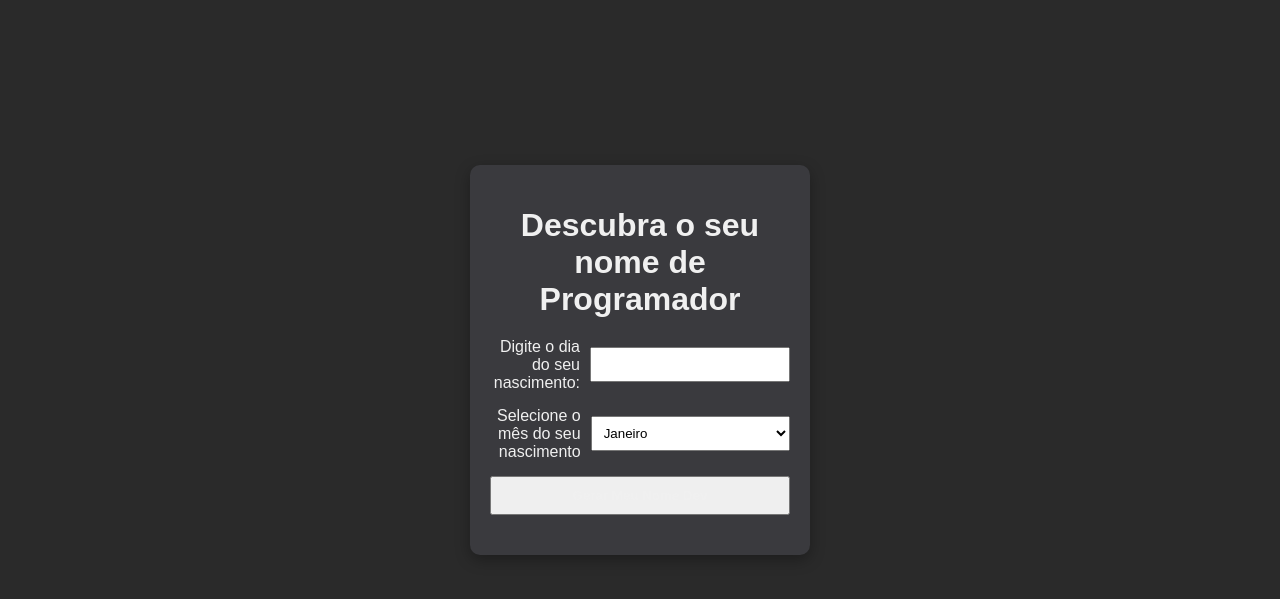
Repository: analessp/seu-nome-dev
Page: index.html
An editor plug-in stored every save of this project. The page is shown before and after the next save, followed by the edit.
The browser window is 1280 px wide. The pictures show the whole page.

Above is the page before, as saved 2025-05-13 11:33:25.

### index.html
<!DOCTYPE html>
<html lang="pt-BR">
<head>
    <meta charset="UTF-8">
    <meta name="viewport" content="width=device-width, initial-scale=1.0">
    <title>Seu Nome Dev</title>
    <link rel="stylesheet" href="styles.css">
</head>
<body>
    <div class="container">
        <h1>Descubra o seu nome de Programador</h1>
        <div class="form-group">
            <label for="dia">Digite o dia do seu nascimento:</label>
            <input type="number" id="dia" min="1" max="31">
        </div>
        <div class="form-group">
            <label for="mes">Selecione o mês do seu nascimento</label>
            <select id="mes">
                <option value="1">Janeiro</option>
                <option value="2">Fevereiro</option>
                <option value="3">Março</option>
                <option value="4">Abril</option>
                <option value="5">Maio</option>
                <option value="6">Junho</option>
                <option value="7">Julho</option>
                <option value="8">Agosto</option>
                <option value="9">Setembro</option>
                <option value="10">Outubro</option>
                <option value="11">Novembro</option>
                <option value="12">Dezembro</option>
            </select>
        </div>
        <button onclick="gerarNomeDev()">Gerar Meu Nome Dev</button>
        <div class="resultado" id="resultado"></div>
    </div>
    <script src="app.js"></script>
</body>
</html>

### styles.css
body {
    background-color: #2a2a2a;
    color: #f0f0f0;
    font-family: "Nunito", sans-serif;
    display: flex;
    justify-content: center;
    align-items: center;
    height: 100vh;
    margin: 0;
}

.container {
    background-color: #3a3a3e;
    padding: 20px;
    border-radius: 10px;
    box-shadow: 0px 5px 15px rgba(0, 0, 0, 0.3);
    width: 300px;
}

h1 {
    text-align: center;
    margin-bottom: 20px;
}

.form-group {
    display: flex;
    align-items: center;
    justify-content: space-between;
    margin-bottom: 15px;
}

.form-group label {
    flex: 1;
    margin-right: 10px;
    text-align: right;
}

.form-group input,
.form-group select {
    flex: 2;
    padding: 8px;
    border-radius: 5px
    border: none;
    outline: none;
}

button {
    width: 100%;
    padding: 10px;
    marg
    background-color: #aa38be;
    color: #f0f0f0;
    font-weight: bold;
    transition: background-color 0.3s;
}

button:hover {
    background-color: #e27cd3;
}

.resultado {
    margin-top: 20px;
    font-size: 1.2rem;
    font-weight: bold;
    color: #8b14c7;
}

### app.js
function gerarNomeDev() {
    const dia = parseInt(document.getElementById("dia").value);
    const mes = parseInt(document.getElementById("mes").value);
    const resultado = document.getElementById("resultado");

    if (isNaN(dia) || dia < 1 || dia > 31) {
        resultado.textContent = "Insira um dia válido.";
        return;
    }

    const títulos = {
    1: "Desenvolvedor(a)",
    2: "Desenvolvedor(a)",
    3: "Programador(a)",
    4: "Programador(a)",
    5: "Programador(a)",
    6: "Estagiário(a)",
    7: "Estagiário(a)",
    8: "EEstagiário(a)",
    9: "Sênior",
    0: "Sênior",
};

const meses = {
    1: "bugado(a)",
    2: "do CTRL C, CTRL V",
    3: "das gambiarras",
    4: "que culpa o cache",
    5: "que esquece o que faz",
    6: "do git vazio",
    7: "das try/ catch vazia",
    8: "famosinho do LinkedIn",
    9: "caçador de bugs",
    10: "do Windows Pirata",
    11: "do update sem where",
    12: "do commit bugado",
};

const ultimoDigito = dia % 10;
const titulo = títulos[ultimoDigito];
const mesTexto = meses[mes];

resultado.textContent = `${titulo} ${mesTexto}`;

}

After the next save:
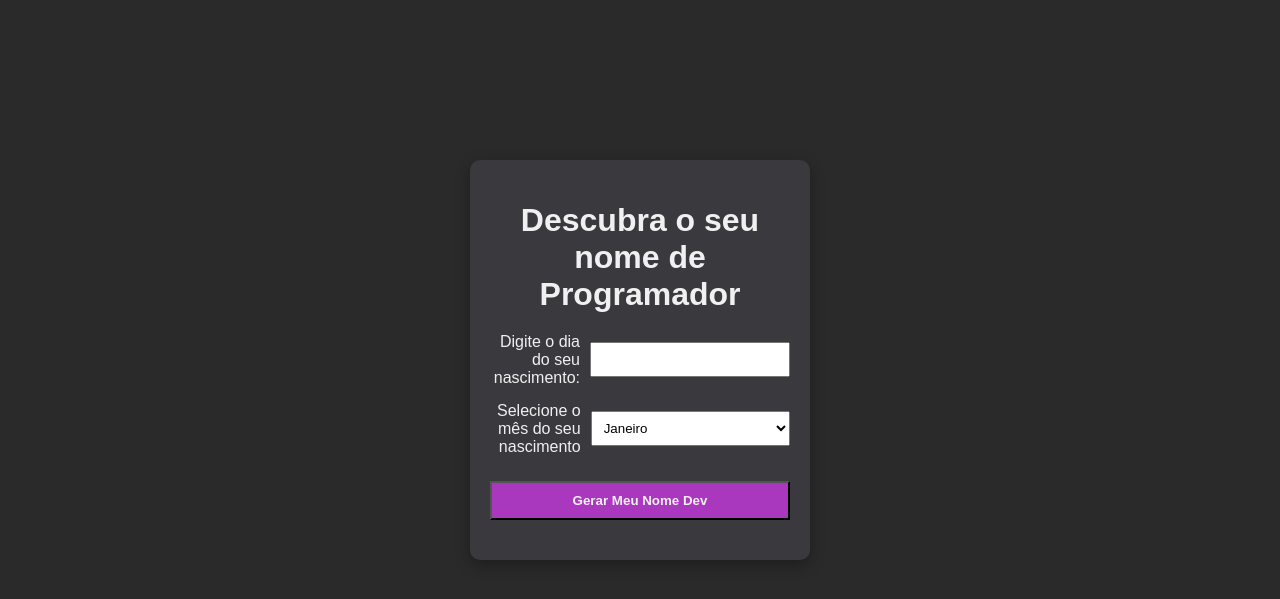
Saved 5 s later.
--- a/styles.css
+++ b/styles.css
@@ -47,7 +47,7 @@ h1 {
 button {
     width: 100%;
     padding: 10px;
-    marg
+    margin-top: 10px;
     background-color: #aa38be;
     color: #f0f0f0;
     font-weight: bold;
